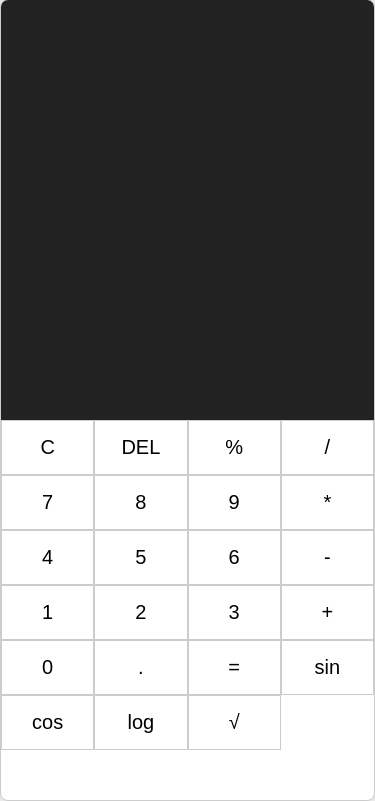
Repository: JuliusMonday/myCalculator
Page: index.html
These files come from the project's save history. The page is drawn as it stood at one moment and after a run of saves; the edit follows.
The browser window is 375 px wide. The pictures show the whole page.

Above is the page before, as saved 2024-05-31 08:40:48.

### index.html
<!DOCTYPE html>
<html lang="en">
<head>
    <meta charset="UTF-8">
    <meta name="viewport" content="width=device-width, initial-scale=1.0">
    <title>JuliusCalc - Scientific Calculator</title>
    <link rel="stylesheet" href="styles.css">
</head>
<body>
    <div class="calculator">
        <div class="display">
            <input type="text" id="result" disabled>
        </div>
        <div class="buttons">
            <button onclick="clearDisplay()">C</button>
            <button onclick="deleteChar()">DEL</button>
            <button onclick="appendChar('%')">%</button>
            <button onclick="appendChar('/')">/</button>

            <button onclick="appendChar('7')">7</button>
            <button onclick="appendChar('8')">8</button>
            <button onclick="appendChar('9')">9</button>
            <button onclick="appendChar('*')">*</button>

            <button onclick="appendChar('4')">4</button>
            <button onclick="appendChar('5')">5</button>
            <button onclick="appendChar('6')">6</button>
            <button onclick="appendChar('-')">-</button>

            <button onclick="appendChar('1')">1</button>
            <button onclick="appendChar('2')">2</button>
            <button onclick="appendChar('3')">3</button>
            <button onclick="appendChar('+')">+</button>

            <button onclick="appendChar('0')">0</button>
            <button onclick="appendChar('.')">.</button>
            <button onclick="calculate()">=</button>

            <button onclick="appendChar('Math.sin(')">sin</button>
            <button onclick="appendChar('Math.cos(')">cos</button>
            <button onclick="appendChar('Math.log(')">log</button>
            <button onclick="appendChar('Math.sqrt(')">√</button>
        </div>
    </div>
    <script src="index.js"></script>
</body>
</html>

### styles.css
body {
    display: flex;
    justify-content: center;
    align-items: center;
    height: 100vh;
    background-color: #f0f0f0;
    font-family: 'Arial', sans-serif;
    margin: 0;
}

.calculator {
    width: 300px;
    border: 1px solid #ccc;
    border-radius: 8px;
    overflow: hidden;
    box-shadow: 0 0 10px rgba(0, 0, 0, 0.1);
    background-color: #ffffff;
}

.display {
    background-color: #222;
    color: #fff;
    padding: 0;
    font-size: 24px;
    position: relative;
    height: 60px;
    display: flex;
    align-items: flex-end;
    padding-right: 10px;
}

.display input {
    width: 100%;
    border: none;
    background: none;
    color: #fff;
    text-align: right;
    font-size: 24px;
    padding: 0;
    box-sizing: border-box;
    line-height: 60px;
    height: 60px;
}

.buttons {
    display: grid;
    grid-template-columns: repeat(4, 1fr);
}

button {
    padding: 20px;
    font-size: 18px;
    border: 1px solid #ccc;
    background-color: #fff;
    cursor: pointer;
    transition: background-color 0.2s;
}

button:hover {
    background-color: #f0f0f0;
}

button:active {
    background-color: #ddd;
}

/* Responsive Design */
@media (max-width: 600px) {
    .calculator {
        width: 100%;
        height: 100%;
        border-radius: 5;
    }
    .display {
        padding: 10px;
        font-size: 20px;
        height: 400px;
        /* margin-bottom: 100px; */
    }
    button {
        padding: 15px;
        font-size: 20px;
    }
}

### index.js
// script.js

function appendChar(char) {
    document.getElementById('result').value += char;
}

function clearDisplay() {
    document.getElementById('result').value = '';
}

function deleteChar() {
    let currentDisplay = document.getElementById('result').value;
    document.getElementById('result').value = currentDisplay.slice(0, -1);
}

function calculate() {
    try {
        let expression = document.getElementById('result').value;

        // Automatically close any opened parentheses
        let openParenthesisCount = (expression.match(/\(/g) || []).length;
        let closeParenthesisCount = (expression.match(/\)/g) || []).length;
        let missingCloseParenthesis = openParenthesisCount - closeParenthesisCount;

        for (let i = 0; i < missingCloseParenthesis; i++) {
            expression += ')';
        }

        let result = eval(expression);
        document.getElementById('result').value = result;
    } catch (error) {
        document.getElementById('result').value = 'Error';
    }
}

After the next 2 saves:
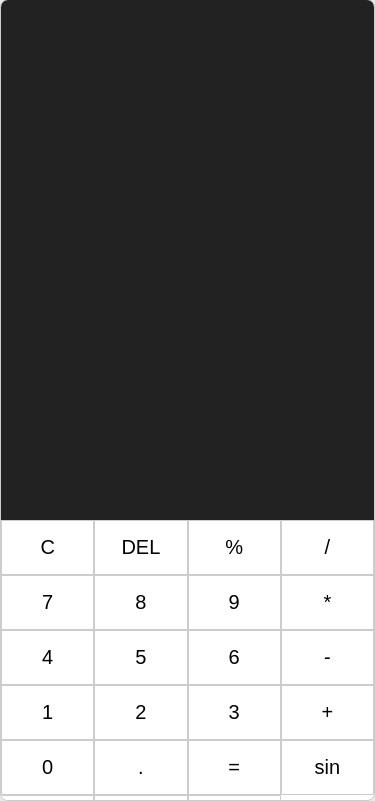
The 2 saves are shown as one change because they came seconds apart.
The last was saved 7 s later.
--- a/styles.css
+++ b/styles.css
@@ -74,7 +74,7 @@ button:active {
     .display {
         padding: 10px;
         font-size: 20px;
-        height: 400px;
+        height: 500px;
         /* margin-bottom: 100px; */
     }
     button {
